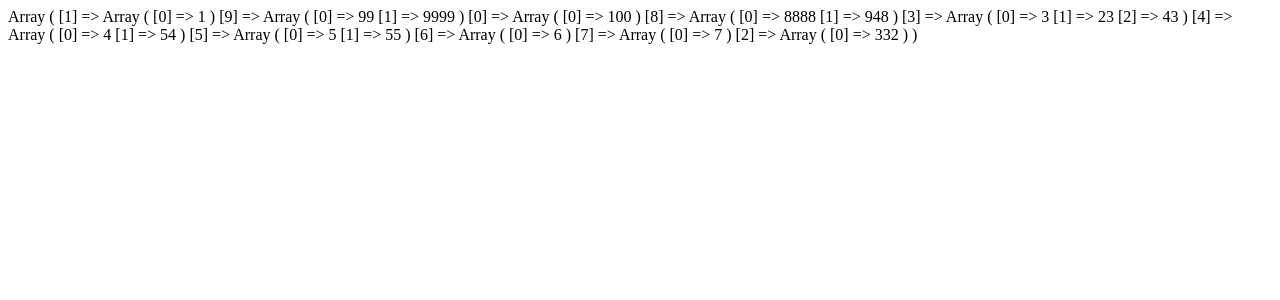
Repository: wangying713/algo
Page: http://localhost/13_sorts/RadixSort.php
The author's editor kept a copy of each file at every save. The page is drawn from the files as they stood at one save, then again after the next save.
The browser window is 1280 px wide. The pictures show the whole page.
The page is run by PHP 8.4 with error messages shown; the project is at /var/www/html/.

Above is the page before, as saved 2020-02-21 17:42:34.

After the next save:
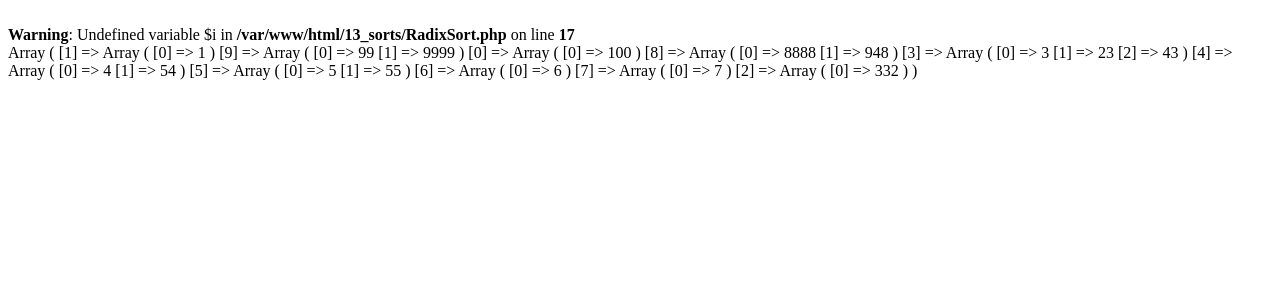
Saved 4 min 41 s later.
--- a/13_sorts/RadixSort.php
+++ b/13_sorts/RadixSort.php
@@ -11,9 +11,11 @@
     {
         $max = max($arr);
         $maxCount = strlen($max);
-        for ($i = 0; $i < $maxCount; $i++) {
-            static::countingSort($arr, $i);
-        }
+        // for ($i = 0; $i < $maxCount; $i++) {
+        //     static::countingSort($arr, $i);
+        // }
+        static::countingSort($arr, $i);
+
     }
 
     protected static function countingSort($arr, $loop)

After the save that followed:
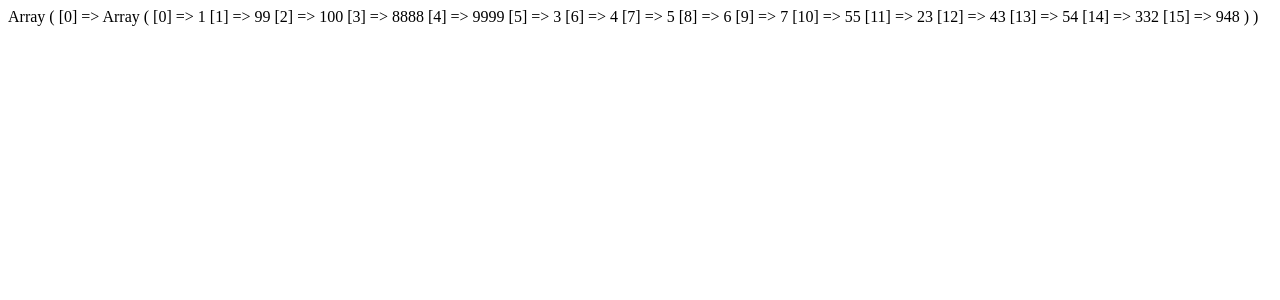
Saved 4 s later.
--- a/13_sorts/RadixSort.php
+++ b/13_sorts/RadixSort.php
@@ -14,7 +14,7 @@
         // for ($i = 0; $i < $maxCount; $i++) {
         //     static::countingSort($arr, $i);
         // }
-        static::countingSort($arr, $i);
+        static::countingSort($arr, 10);
 
     }
 
